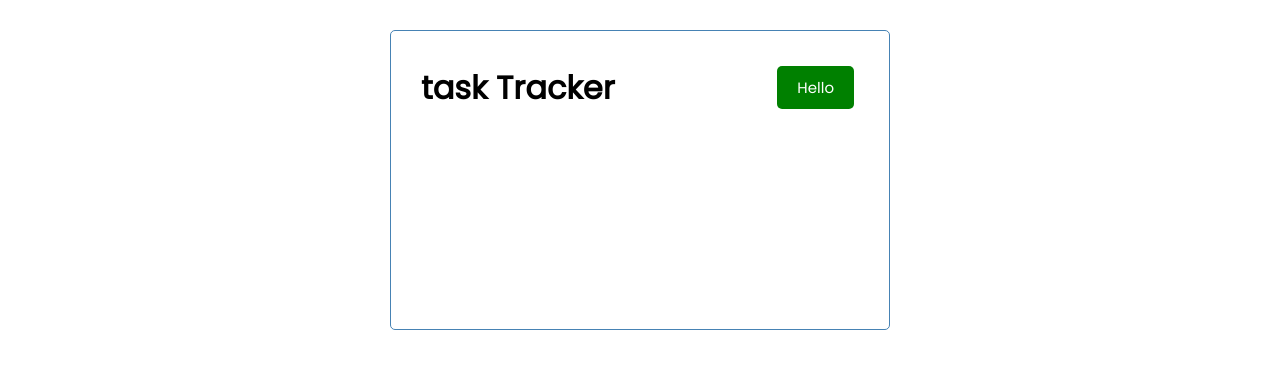
Repository: ds-mbappe/react-task-tracker
Page: /
An editor plug-in stored every save of this project. The page is shown before and after the next save, followed by the edit.
The browser window is 1280 px wide. The pictures show the whole page.
The project was rebuilt for these pictures with package versions that can differ from the ones it lists, and the page was loaded fresh each time.

Above is the page before, as saved 2021-10-01 04:26:42.

After the next save:
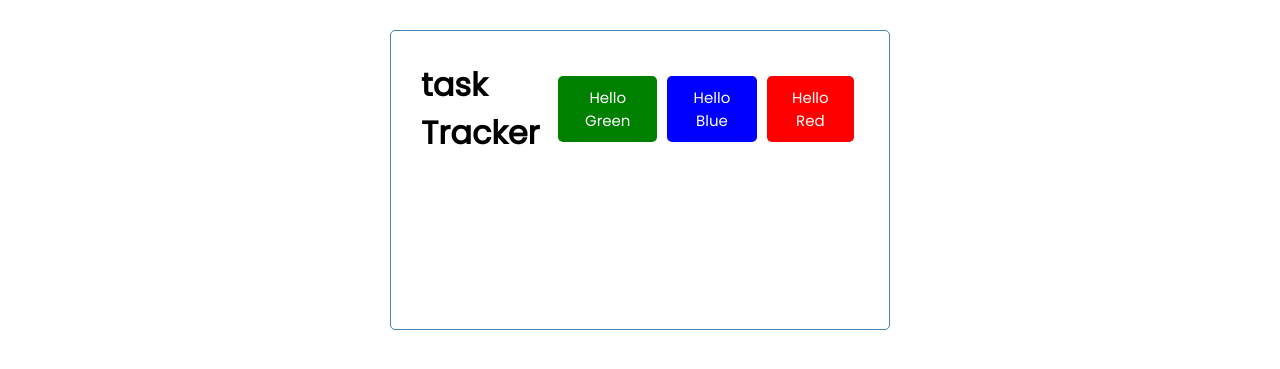
Saved 71 s later.
--- a/src/components/Header.js
+++ b/src/components/Header.js
@@ -5,7 +5,9 @@ const Header = ({title}) => {
     return (
         <header className="header">
             <h1>{title}</h1>
-            <Button color="green" text="Hello"/>
+            <Button color="green" text="Hello Green" />
+            <Button color="blue" text="Hello Blue"/>
+            <Button color="red" text="Hello Red"/>
         </header>
     )
 }
